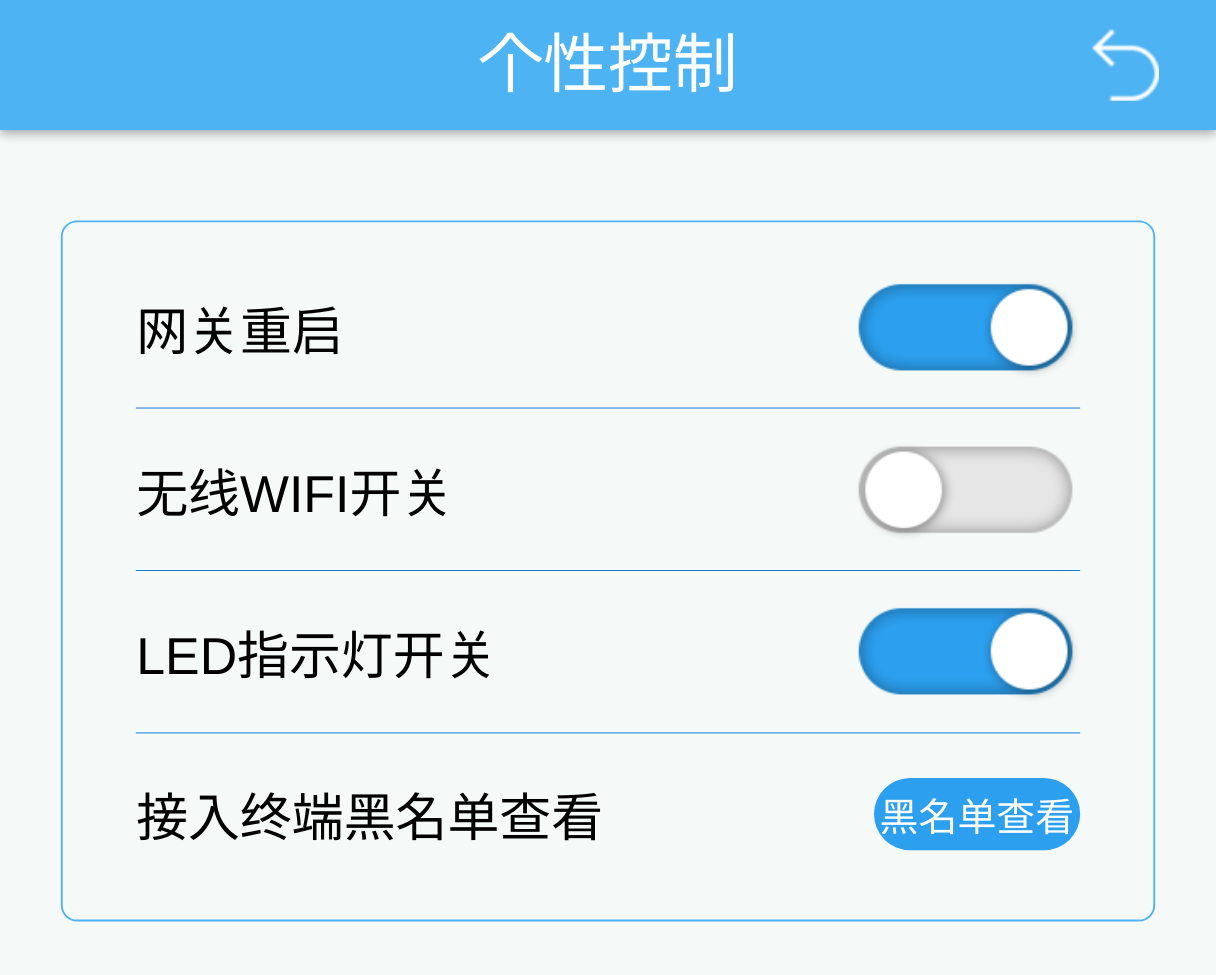
Repository: wangbiaozy/8.24
Page: index_control.html
The author's editor kept a copy of each file at every save. The page is drawn from the files as they stood at one save, then again after the next save.
The browser window is 1280 px wide. The pictures show the whole page, at 95% of full size.

Above is the page before, as saved 2018-08-22 17:29:29.

### index_control.html
<!DOCTYPE html>
<html lang="en">
<head>
    <meta charset="UTF-8">
    <meta name="viewport"
          content="width=device-width, user-scalable=no, initial-scale=1.0, maximum-scale=1.0, minimum-scale=1.0">
    <title>Title</title>
    <link rel="stylesheet" href="css/reset.min.css">
    <link rel="stylesheet/less" href="css/styles_control.less">
    <script src="js/less-1.7.0.min.js"></script>
</head>
<body>
    <header>
        <p>个性控制</p>
        <a class="back" href="javascript:void(0)"></a>
    </header>
    <section>
        <ul id="controlBox">
            <li>
                <p>网关重启</p>
                <a href="javascript:void(0)"></a>
            </li>
            <li>
                <p>无线WIFI开关</p>
                <a class="off" href="javascript:void(0)"></a>
            </li>
            <li>
                <p>LED指示灯开关</p>
                <a href="javascript:void(0)"></a>
            </li>
            <li>
                <p>接入终端黑名单查看</p>
                <div id="look_blacklist">
                    <p>黑名单查看</p>
                </div>
            </li>
        </ul>
    </section>
</body>
</html>
<script src="js/jquery-1.10.1.min.js"></script>
<script src="js/index.js"></script>

### css/reset.min.css
@charset "utf-8";
/*默认样式清除和初始化*/
body,h1,h2,h3,h4,h5,h6,hr,p,blockquote,dl,dt,dd,ul,ol,li,button,input,textarea,th,td{margin:0;padding:0}body{font-size:12px;font-style:normal;font-family:"\5FAE\8F6F\96C5\9ED1",Helvetica,sans-serif}small{font-size:12px}h1{font-size:18px}h2{font-size:16px}h3{font-size:14px}h4,h5,h6{font-size:100%}ul,ol{list-style:none}a{text-decoration:none;background-color:transparent}a:hover,a:active{outline-width:0;text-decoration:none}table{border-collapse:collapse;border-spacing:0}hr{border:0;height:1px}img{border-style:none}img:not([src]){display:none}svg:not(:root){overflow:hidden}html{-webkit-touch-callout:none;-webkit-text-size-adjust:100%}input,textarea,button,a{-webkit-tap-highlight-color:rgba(0,0,0,0)}article,aside,details,figcaption,figure,footer,header,main,menu,nav,section,summary{display:block}audio,canvas,progress,video{display:inline-block}audio:not([controls]),video:not([controls]){display:none;height:0}progress{vertical-align:baseline}mark{background-color:#ff0;color:#000}sub,sup{position:relative;font-size:75%;line-height:0;vertical-align:baseline}sub{bottom:-0.25em}sup{top:-0.5em}button,input,select,textarea{font-size:100%;outline:0}button,input{overflow:visible}button,select{text-transform:none}textarea{overflow:auto}button,html [type="button"],[type="reset"],[type="submit"]{-webkit-appearance:button}button::-moz-focus-inner,[type="button"]::-moz-focus-inner,[type="reset"]::-moz-focus-inner,[type="submit"]::-moz-focus-inner{border-style:none;padding:0}button:-moz-focusring,[type="button"]:-moz-focusring,[type="reset"]:-moz-focusring,[type="submit"]:-moz-focusring{outline:1px dotted ButtonText}[type="checkbox"],[type="radio"]{box-sizing:border-box;padding:0}[type="number"]::-webkit-inner-spin-button,[type="number"]::-webkit-outer-spin-button{height:auto}[type="search"]{-webkit-appearance:textfield;outline-offset:-2px}[type="search"]::-webkit-search-cancel-button,[type="search"]::-webkit-search-decoration{-webkit-appearance:none}::-webkit-input-placeholder{color:inherit;opacity:.54}::-webkit-file-upload-button{-webkit-appearance:button;font:inherit}.clear:after{display:block;height:0;content:"";clear:both}
*{ -webkit-tap-highlight-color: rgba(0,0,0,0);-webkit-tap-highlight-color: transparent; /* For some Androids */ }

### js/index.js
(function (doc, win) {
    var docEl = doc.documentElement,
        resizeEvt = 'orientationchange' in window ? 'orientationchange' : 'resize',
        recalc = function () {
            var clientWidth = docEl.clientWidth;
            if (!clientWidth) return;
            docEl.style.fontSize = 100 * (clientWidth / 750) + 'px';
        };
    if (!doc.addEventListener) return;
    win.addEventListener(resizeEvt, recalc, false);
    doc.addEventListener('DOMContentLoaded', recalc, false);
})(document, window);
$(function () {

    //一键体检
    $('#beforeBtn').on('click',function(){
        $('.before').hide();
        $('.check').show();
        $('.progress').circleProgress({
            value: 1,
            size: 115,
            startAngle: Math.PI/2,
            thickness: 14,
            animation: {duration:12000},//进度条完成时间（ms）
            fill: {
                gradient: ["#32edfd"]
            },
            //circle-animation-start：	function(event)-event - jQ事件
            //circle-animation-progress：	function(event, animationProgress, stepValue)：-event - jQ事件 animationProgress - 从0.0到1.0stepValue - 当前的步长值，从0.0到value
            //circle-animation-end:	function(event)：-event - jQ事件
        }).on('circle-animation-progress', function (event, progress, stepValue) {
                $(this).find('span').html(parseInt(stepValue.toFixed(2) * 100));
        }).on('circle-animation-end',function(){
            $('.message').removeClass('move');
            stop();
            $('.check').hide();
            $('.result').show();
        });
        start();
        messageMove();
    });


    //检查项滚动
    var messageInnerText = '1111';
    function messageScroll(){
        $('.message').children('li:first-child').remove();
        $('.message').append('<li>'+messageInnerText+'</li>');
        if(!$('.message').hasClass('move')){
            window.clearInterval(timer);
        }
    }
    function messageMove(){
        timer = window.setInterval(messageScroll,500);
    }


    //检测时间
    var hour,minute,second;
    hour=minute=second=0;
    var millisecond=0;
    var int;
    function start(){
        int=setInterval(times,50);
    }
    function times(){
        millisecond=millisecond+50;
        if(millisecond>=1000){
            millisecond=0;
            second=second+1;
        }
        if(second>=60){
            second=0;
            minute=minute+1;
        }

        if(minute>=60){
            minute=0;
            hour=hour+1;
        }
      $('#timeText').text((hour<10?"0"+hour:hour)+':'+(minute<10?"0"+minute:minute)+':'+(second<10?"0"+second:second));
    }
    function stop(){
        window.clearInterval(int);
    }


    //查看详细清单下拉
    $('.arrow').on('click',function(){
        var $this = $(this),
            $listBox = $(this).siblings('div');
        $listBox.slideToggle("normal",function(){
            if($listBox.css('display') === 'block'){
                $this.addClass('act');
                $this.siblings('p').css('opacity','0');
            }else{
                $this.removeClass('act');
                $this.siblings('p').css('opacity','1');
            }
        });
    });



    //网关重启 WIFI开关 LED指示灯开关 查看黑名单
    $('#controlBox').on('click','a',function(){
        var $this = $(this);
        if($this.hasClass('off')){
            $this.removeClass('off');
        }else{
            $this.addClass('off');
        }
    });

    $('#look_blacklist').on('click',function(){
        var $blacklist = $('.blacklist');
        $blacklist.slideToggle('normal',function(){
            if($(this).css('display') === 'block'){
                $('#look_blacklist').addClass('act');
                $('.arrow_m').addClass('act');
            }else{
                $('#look_blacklist').removeClass('act');
                $('.arrow_m').removeClass('act');
            }
        });
    });

    //返回
    $('.back').on('click',function(){
        window.history.go(-1);
    });
    //关闭弹窗
    $('.close').on('click',function(){
        $(this).parent().hide();
        hideMask();
    });
    //显示遮罩层
    function showMask(){
        $("#mask").css("height",$(document).height());
        $("#mask").css("width",$(document).width());
        $("#mask").show();
        $('body').css('position','fixed');
    }
    //隐藏遮罩层
    function hideMask(){
        $("#mask").hide();
        $('body').css('position','unset');
    }
});

Loaded but not shown: js/less-1.7.0.min.js (library); js/jquery-1.10.1.min.js (library)

After the next save:
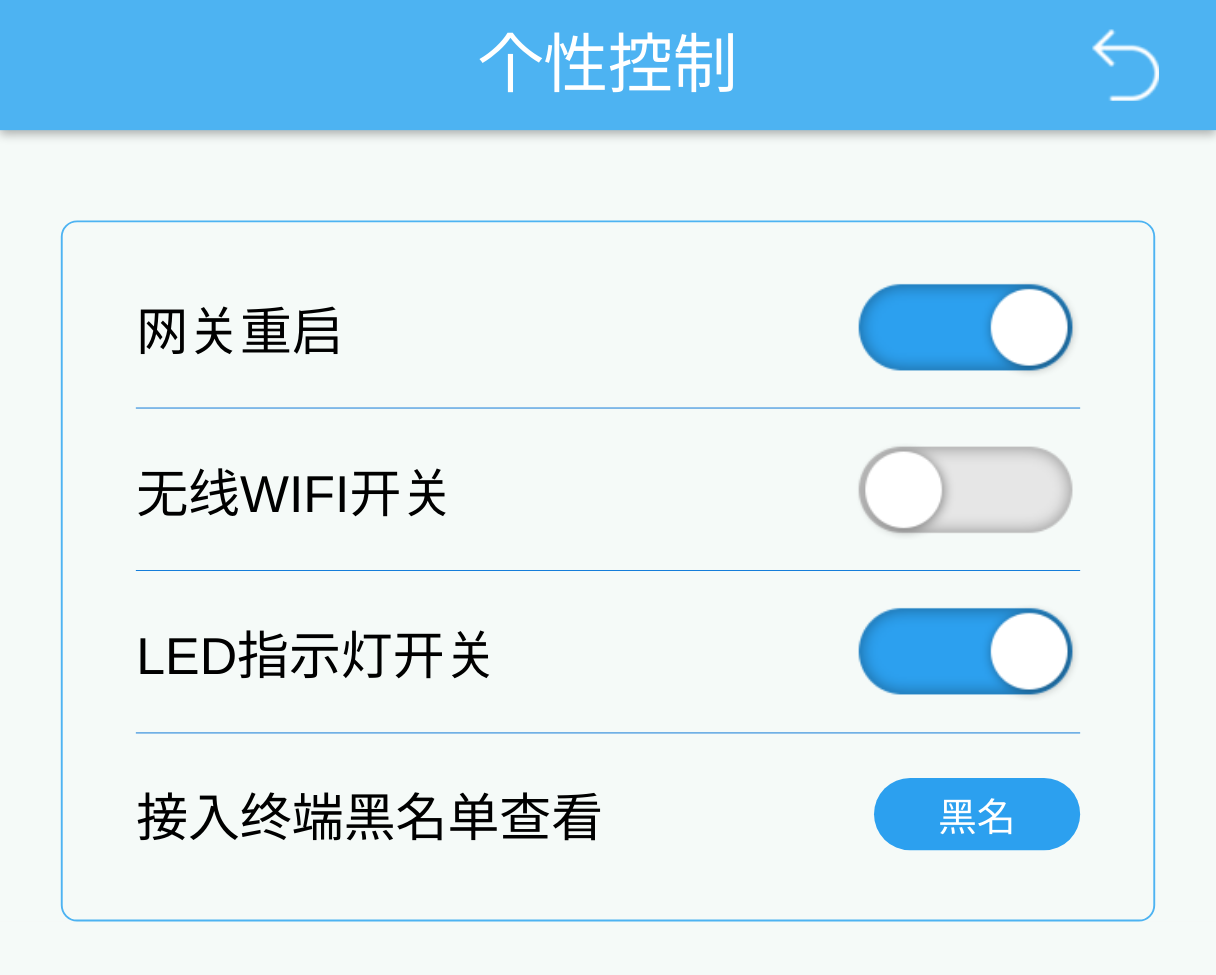
Saved 14 s later.
--- a/index_control.html
+++ b/index_control.html
@@ -31,7 +31,7 @@
             <li>
                 <p>接入终端黑名单查看</p>
                 <div id="look_blacklist">
-                    <p>黑名单查看</p>
+                    <p>黑名</p>
                 </div>
             </li>
         </ul>
